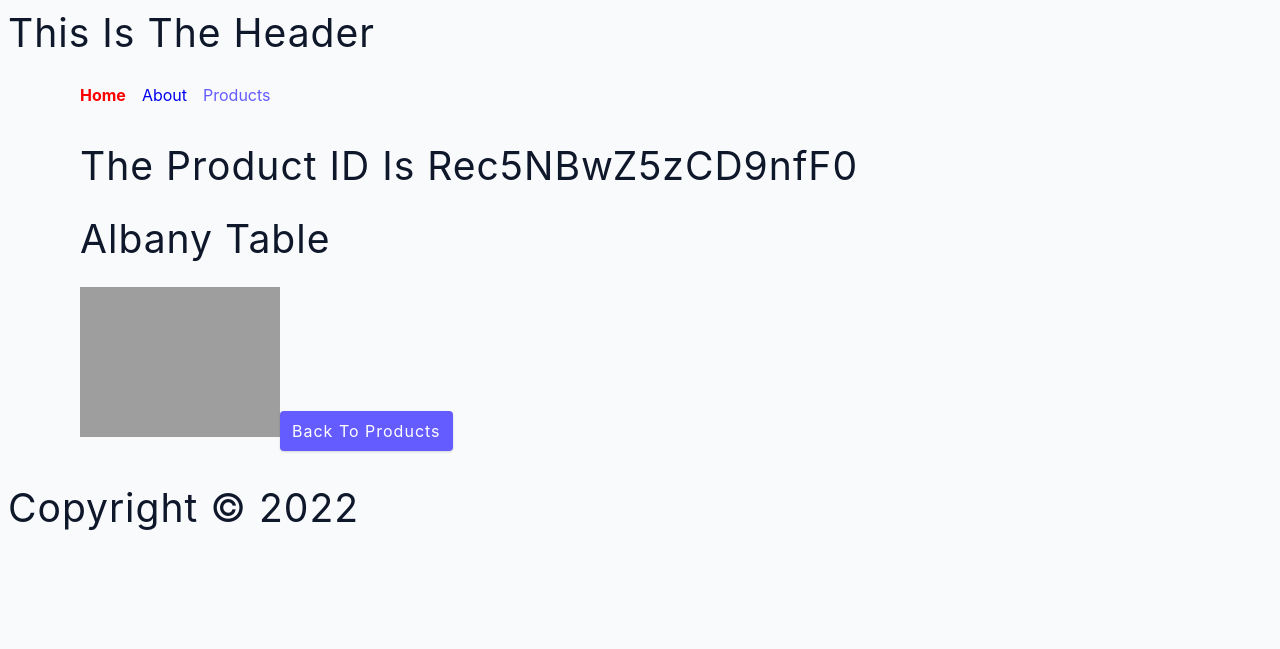
Repository: kennedyowusu/react-router-tutorial
Page: /products/rec5NBwZ5zCD9nfF0
An editor plug-in stored every save of this project. The page is shown before and after the next save, followed by the edit.
The browser window is 1280 px wide. The pictures show the whole page.
Pictures or frames that could not be fetched are drawn as grey boxes. The project was rebuilt for these pictures with package versions that can differ from the ones it lists, and the page was loaded fresh each time. Also part of the build but not shown: src/pages/About.js, src/pages/Products.js, src/pages/Home.js, src/pages/Error.js, src/components/Navbar.js.

Above is the page before, as saved 2022-12-27 18:19:05.

### src/App.js
import { BrowserRouter, Routes, Route } from "react-router-dom";
import About from "./pages/About";
import Products from "./pages/Products";
import Home from "./pages/Home";
import Error from "./pages/Error";
import SharedLayout from "./pages/SharedLayout";
import SingleProduct from "./pages/SingleProduct";

function App() {
  return (
    <BrowserRouter>
      <Routes>

        <Route path="/" element={<SharedLayout />}>
          <Route index element={<Home />} />
          <Route path="about" element={<About />} />
          <Route path="products" element={<Products />} />
          <Route path="products/:productId" element={<SingleProduct />} />
          <Route path="*" element={<Error />} />
        </Route>

      </Routes>
    </BrowserRouter>
  );
}

export default App;

### src/pages/SharedLayout.js
import { Outlet } from 'react-router-dom';
import Header from '../components/Header';
import Navbar from '../components/Navbar';
import Footer from '../components/Footer';
import StyledNavbar from '../components/StyledNavbar';

const SharedLayout = () => {
  return (
    <>
      <Header />
      <StyledNavbar />
        <Outlet />
      <Footer />
    </>
  )
}

export default SharedLayout

### src/pages/SingleProduct.js
import { useParams, Link } from "react-router-dom";
import data from '../data';

const SingleProduct = () => {
  const { productId } = useParams();
  console.log(productId);

  const prod = data.find((product) => product.id === (productId));

  const { id, name, image } = prod;

  return (
    <section className='section product'>
      <h2>The product ID is {id}</h2>
      <h2>{name}</h2>
      <img src={image || 'https://via.placeholder.com/150'} alt={name} />
      <Link to='/products' className='btn' style={{ marginTop: '5rem' }}> back to products</Link>
    </section>
  );
};

export default SingleProduct;

### src/data.js
const products = [
  {
    id: 'recZkNf2kwmdBcqd0',
    name: 'accent chair',
    image:
      'https://dl.airtable.com/.attachmentThumbnails/e8bc3791196535af65f40e36993b9e1f/438bd160',
  },
  {
    id: 'recEHmzvupvT8ZONH',
    name: 'albany sectional',

    image:
      'https://dl.airtable.com/.attachmentThumbnails/0be1af59cf889899b5c9abb1e4db38a4/d631ac52',
  },
  {
    id: 'rec5NBwZ5zCD9nfF0',
    name: 'albany table',

    image:
      'https://dl.airtable.com/.attachmentThumbnails/7478483f40a2f56662a87b304bd4e104/707d397f',
  },
  {
    id: 'recd1jIVIEChmiwhe',
    name: 'armchair',

    image:
      'https://dl.airtable.com/.attachmentThumbnails/530c07c5ade5acd9934c8dd334458b86/cf91397f',
  },
  {
    id: 'recoM2MyHJGHLVi5l',
    name: 'bar stool',
    image:
      'https://dl.airtable.com/.attachmentThumbnails/a6119fabf7256049cc0e8dbcdf536c9c/b0153f66',
  },
];

export default products;

### src/components/Header.js
import React from 'react'

const Header = () => {
  return (
    <header>
      <h2>This is the header</h2>
    </header>
  )
}

export default Header

### src/components/Footer.js
import React from 'react'

const Footer = () => {
  return (
    <footer>
     <h2>
      Copyright &copy; 2022
      </h2>
    </footer>
  )
}

export default Footer

### src/components/StyledNavbar.js
import React from 'react'
import { NavLink } from 'react-router-dom'

const StyledNavbar = () => {
  return (
    <nav className='navbar'>
    <NavLink to='/' style={(isActive) => {
      return {
        color: isActive ? 'red' : 'black',
        fontWeight: isActive ? 'bold' : 'normal',
      }
    }}>Home</NavLink>

     <NavLink to='/about'>About</NavLink>
     <NavLink to='/products'>Products</NavLink>
    </nav>
  )
}

export default StyledNavbar

Loaded but not shown: public/index.html (common file); src/index.js (common file); src/index.css (common file)

After the next save:
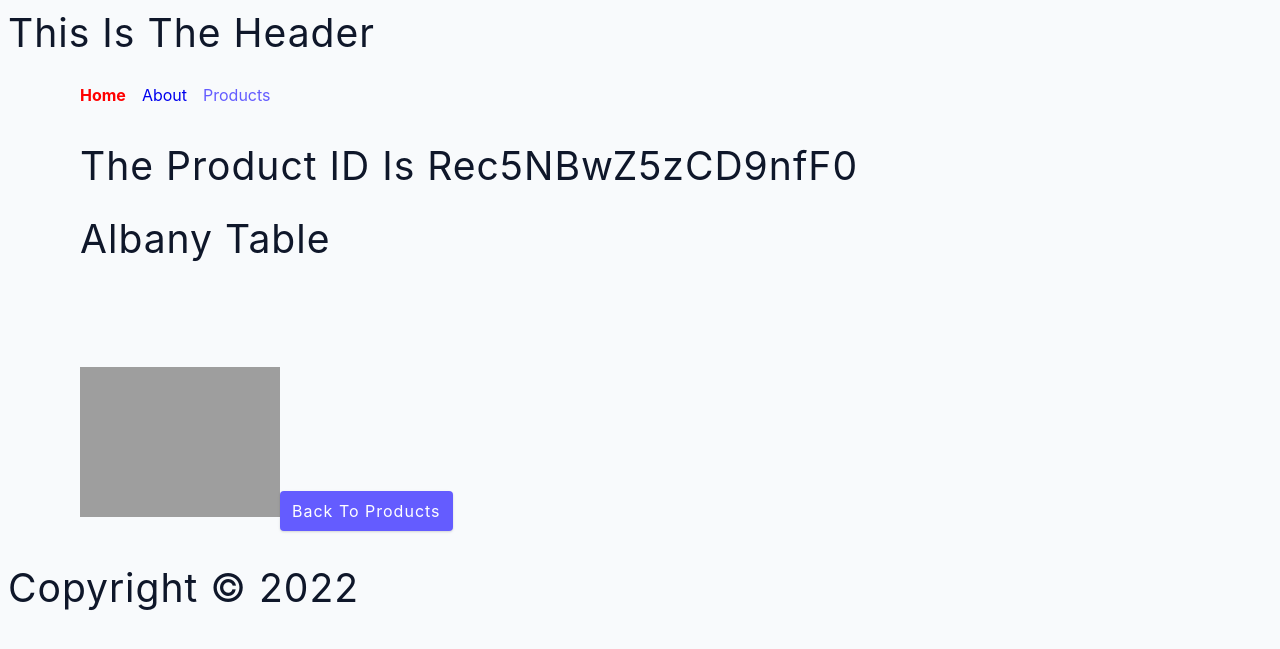
Saved 21 s later.
--- a/src/pages/SingleProduct.js
+++ b/src/pages/SingleProduct.js
@@ -13,8 +13,8 @@ const SingleProduct = () => {
     <section className='section product'>
       <h2>The product ID is {id}</h2>
       <h2>{name}</h2>
-      <img src={image || 'https://via.placeholder.com/150'} alt={name} />
-      <Link to='/products' className='btn' style={{ marginTop: '5rem' }}> back to products</Link>
+      <img src={image || 'https://via.placeholder.com/150'} alt={name} style={{ marginTop: '5rem' }}/>
+      <Link to='/products' className='btn'> back to products</Link>
     </section>
   );
 };
